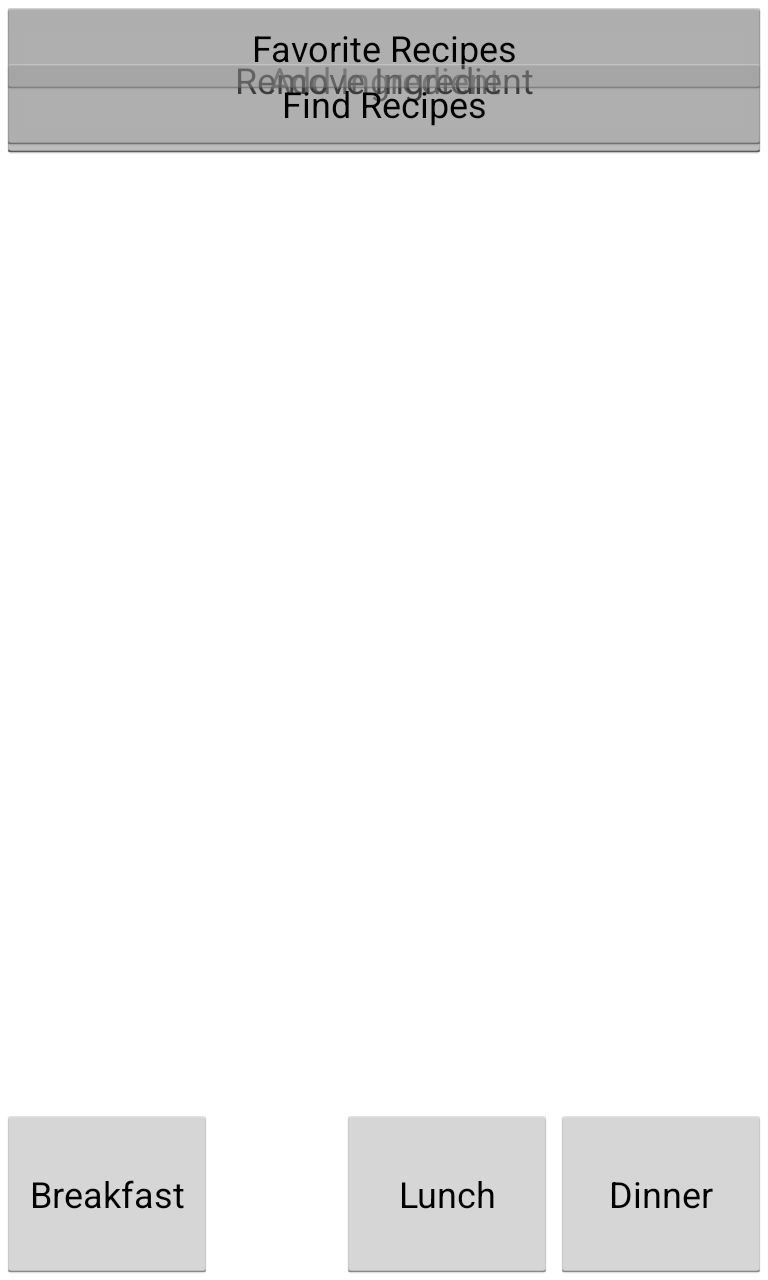
Repository: jmwood22/Boyardroid
Layout: Boyardroid/res/layout/activity_fridge.xml
The author's editor kept a copy of each file at every save. The layout is drawn from the files as they stood at one save, then again after the next save.
It is drawn on a 768 x 1280 px phone screen (xhdpi) without system bars, with theme AppTheme; the app's code is not run.

Above is the layout before, as saved 2013-02-20 10:57:31.

### Boyardroid/res/layout/activity_fridge.xml
<RelativeLayout xmlns:android="http://schemas.android.com/apk/res/android"
    xmlns:tools="http://schemas.android.com/tools"
    android:id="@+id/AbsoluteLayout1"
    android:layout_width="match_parent"
    android:layout_height="match_parent"
    android:orientation="vertical"
    tools:context=".FridgeScreen" >


    <Button
        android:id="@+id/button1"
        android:layout_width="fill_parent"
        android:layout_height="80dp"
        android:layout_gravity="top"
        android:onClick="addIngre"
        android:text="@string/addIngredient_button" />

    <Button
        android:id="@+id/button2"
        android:layout_width="fill_parent"
        android:layout_height="80dp"
        android:layout_gravity="top"
        android:onClick="removIngre"
        android:text="@string/removeIngredient_button" />

    <Button
        android:id="@+id/button3"
        android:layout_width="fill_parent"
        android:layout_height="wrap_content"
        android:layout_gravity="bottom"
        android:onClick="favRecipe"
        android:text="@string/favoriteRecipe_button" />

    <Button
        android:id="@+id/button4"
        android:layout_width="fill_parent"
        android:layout_height="wrap_content"
        android:layout_marginTop="28dp"
        android:onClick="dialogBtn"
        android:text="@string/find_recipe" />

    <Button
         android:id="@+id/button5"
         android:layout_width="107dp"
         android:layout_height="86dp"
         android:layout_gravity="bottom"
         android:onClick="searchbreakfast"
         android:text="@string/breakfast_button"
         android:layout_alignParentBottom="true" />

     <Button
         android:id="@+id/button7"
         android:layout_width="107dp"
         android:layout_height="86dp"
         android:layout_alignParentBottom="true"
         android:layout_alignParentRight="true"
         android:onClick="searchdinner"
         android:text="@string/dinner_button" />

     <Button
         android:id="@+id/button6"
         android:layout_width="107dp"
         android:layout_height="86dp"
         android:layout_alignParentBottom="true"
         android:layout_toLeftOf="@+id/button7"
         android:onClick="searchlunch"
         android:text="@string/lunch_button" />

</RelativeLayout>

### Boyardroid/res/values/strings.xml
<?xml version="1.0" encoding="utf-8"?>
<resources>

    <string name="app_name">BoyarDroid</string>
    <string name="quick_recipe">Quick Recipe</string>
    <string name="menu_settings">Settings</string>
    <string name="title_activity_quck_recipe">QuckRecipe</string>
    <string name="title_activity_quick_recipe">QuickRecipe</string>
    <string name="find_recipe">Find Recipes</string>
    <string name="hello_world">Hello world!</string>
    <string name="title_activity_home_screen">HomeScreen</string>
    <string name="title_activity_fridge">Fridge</string>
	<string name="fridge_button">Fridge</string>
	<string name="dinner_button">Dinner</string>
	<string name="breakfast_button">Breakfast</string>
	<string name="lunch_button">Lunch</string>
	<string name="user_button">User text</string>
	<string name="addIngredient_button">Add Ingredient</string>
	<string name="removeIngredient_button">Remove Ingredient</string>
	<string name="favoriteRecipe_button">Favorite Recipes</string>
</resources>

Loaded but not shown: Boyardroid/res/values/styles.xml (common file); Boyardroid/res/values-v11/styles.xml (common file); Boyardroid/res/values-v14/styles.xml (common file)

After the next save:
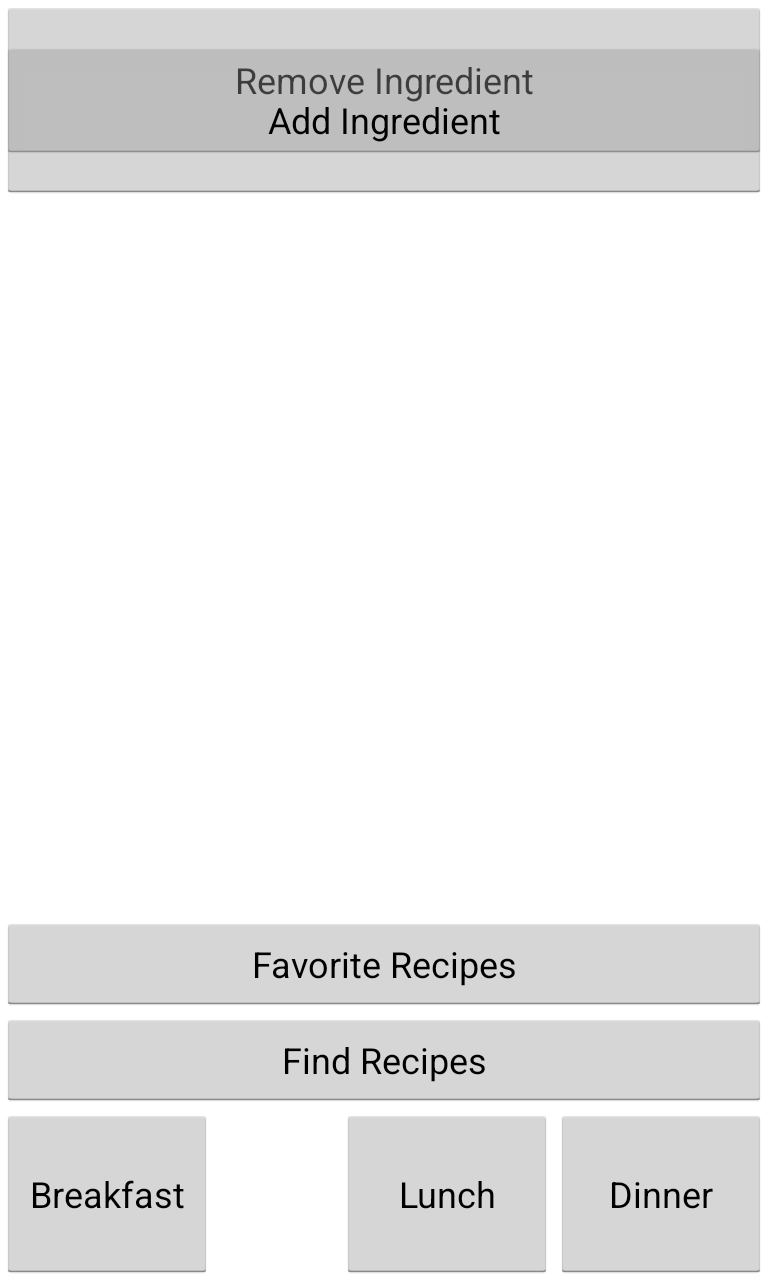
Saved 2 min 19 s later.
--- a/Boyardroid/res/layout/activity_fridge.xml
+++ b/Boyardroid/res/layout/activity_fridge.xml
@@ -6,64 +6,67 @@
     android:orientation="vertical"
     tools:context=".FridgeScreen" >
 
+    <Button
+        android:id="@+id/button5"
+        android:layout_width="107dp"
+        android:layout_height="86dp"
+        android:layout_alignParentBottom="true"
+        android:layout_gravity="bottom"
+        android:onClick="searchbreakfast"
+        android:text="@string/breakfast_button" />
+
+    <Button
+        android:id="@+id/button7"
+        android:layout_width="107dp"
+        android:layout_height="86dp"
+        android:layout_alignParentBottom="true"
+        android:layout_alignParentRight="true"
+        android:onClick="searchdinner"
+        android:text="@string/dinner_button" />
+
+    <Button
+        android:id="@+id/button6"
+        android:layout_width="107dp"
+        android:layout_height="86dp"
+        android:layout_alignParentBottom="true"
+        android:layout_toLeftOf="@+id/button7"
+        android:onClick="searchlunch"
+        android:text="@string/lunch_button" />
+
+    <Button
+        android:id="@+id/button4"
+        android:layout_width="fill_parent"
+        android:layout_height="wrap_content"
+        android:layout_above="@+id/button5"
+        android:layout_alignParentLeft="true"
+        android:onClick="dialogBtn"
+        android:text="@string/find_recipe" />
+
+    <Button
+        android:id="@+id/button3"
+        android:layout_width="fill_parent"
+        android:layout_height="wrap_content"
+        android:layout_above="@+id/button4"
+        android:layout_alignParentLeft="true"
+        android:onClick="favRecipe"
+        android:text="@string/favoriteRecipe_button" />
+
+    <Button
+        android:id="@+id/button2"
+        android:layout_width="fill_parent"
+        android:layout_height="80dp"
+        android:layout_alignParentLeft="true"
+        android:onClick="removIngre"
+        android:text="@string/removeIngredient_button" />
 
     <Button
         android:id="@+id/button1"
         android:layout_width="fill_parent"
         android:layout_height="80dp"
-        android:layout_gravity="top"
+        android:layout_alignParentLeft="true"
+        android:layout_alignParentTop="true"
+        android:layout_marginTop="20dp"
         android:onClick="addIngre"
         android:text="@string/addIngredient_button" />
 
-    <Button
-        android:id="@+id/button2"
-        android:layout_width="fill_parent"
-        android:layout_height="80dp"
-        android:layout_gravity="top"
-        android:onClick="removIngre"
-        android:text="@string/removeIngredient_button" />
-
-    <Button
-        android:id="@+id/button3"
-        android:layout_width="fill_parent"
-        android:layout_height="wrap_content"
-        android:layout_gravity="bottom"
-        android:onClick="favRecipe"
-        android:text="@string/favoriteRecipe_button" />
-
-    <Button
-        android:id="@+id/button4"
-        android:layout_width="fill_parent"
-        android:layout_height="wrap_content"
-        android:layout_marginTop="28dp"
-        android:onClick="dialogBtn"
-        android:text="@string/find_recipe" />
-
-    <Button
-         android:id="@+id/button5"
-         android:layout_width="107dp"
-         android:layout_height="86dp"
-         android:layout_gravity="bottom"
-         android:onClick="searchbreakfast"
-         android:text="@string/breakfast_button"
-         android:layout_alignParentBottom="true" />
-
-     <Button
-         android:id="@+id/button7"
-         android:layout_width="107dp"
-         android:layout_height="86dp"
-         android:layout_alignParentBottom="true"
-         android:layout_alignParentRight="true"
-         android:onClick="searchdinner"
-         android:text="@string/dinner_button" />
-
-     <Button
-         android:id="@+id/button6"
-         android:layout_width="107dp"
-         android:layout_height="86dp"
-         android:layout_alignParentBottom="true"
-         android:layout_toLeftOf="@+id/button7"
-         android:onClick="searchlunch"
-         android:text="@string/lunch_button" />
-
 </RelativeLayout>
